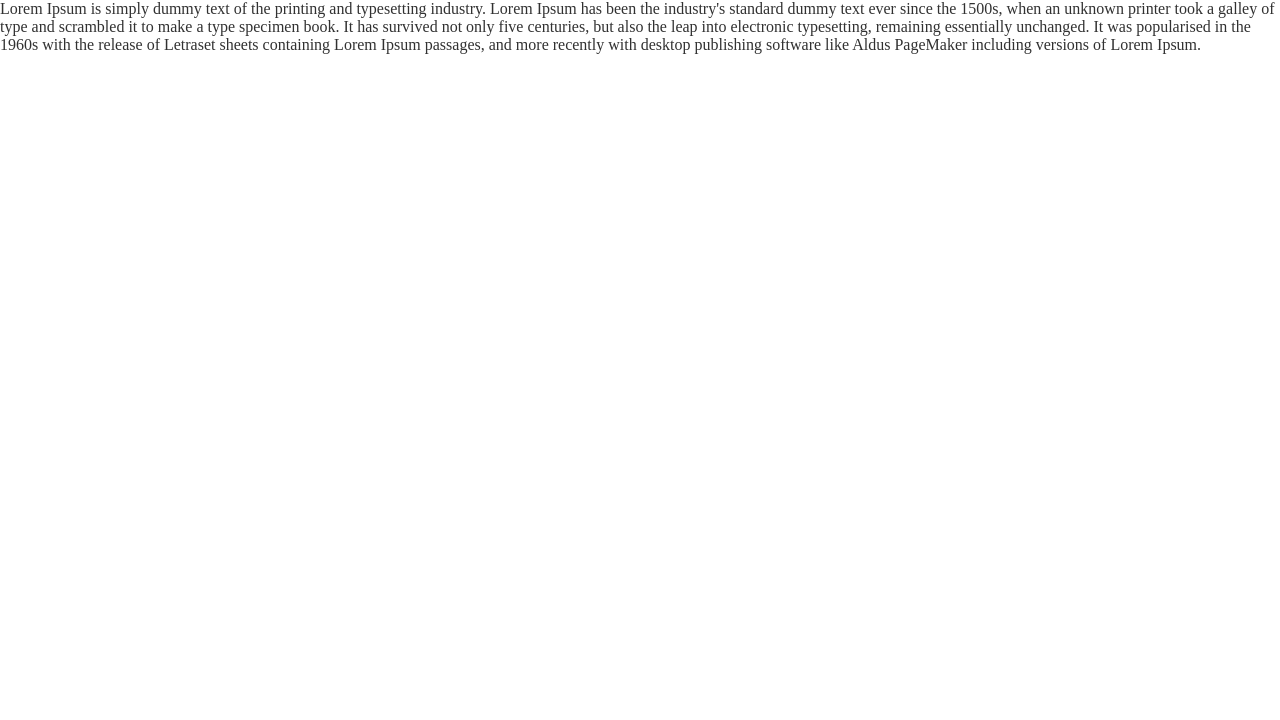
Repository: AbiezerSidonioJoseOdanacaJunior/projeto-travelgram
Page: index.html
These files come from the project's save history. The page is drawn as it stood at one moment and after the next save; the edit follows.
The browser window is 1280 px wide. The pictures show the whole page.
Some web fonts or font styles are not loaded; a fallback is used.

Above is the page before, as saved 2024-11-12 15:40:16.

After the next save:
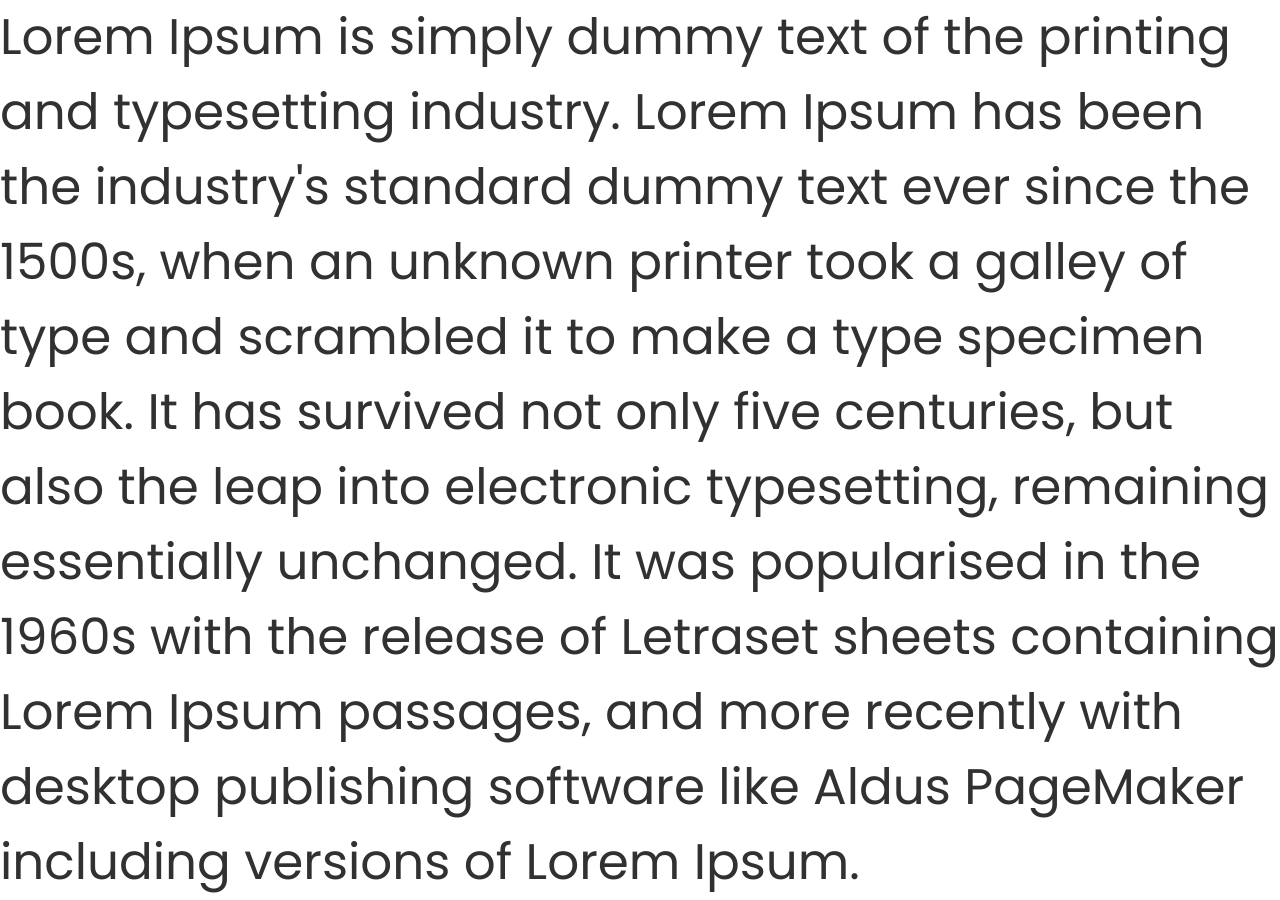
Saved 11 s later.
--- a/styles/global.css
+++ b/styles/global.css
@@ -26,6 +26,6 @@
 }
 
 p{
-    font-family: var(--font-family)
+    font-family: var(--font-family);
     font-size: 50px;
 }
